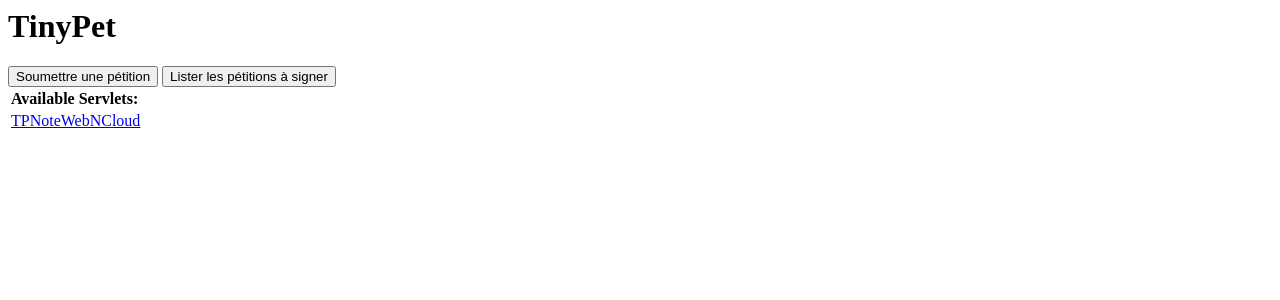
Repository: orichalque/M1
Page: TPNote/TPNoteWebNCloud/war/index.html
An editor plug-in stored every save of this project. The page is shown before and after the next save, followed by the edit.
The browser window is 1280 px wide. The pictures show the whole page.
Some web libraries are served in a nearby version.

Above is the page before, as saved 2015-11-18 09:13:06.

### TPNote/TPNoteWebNCloud/war/index.html
<!DOCTYPE HTML PUBLIC "-//W3C//DTD HTML 4.01 Transitional//EN">
<html>
  <head>
    <meta http-equiv="content-type" content="text/html; charset=UTF-8">
    <title>TinyPet</title>
  </head>

  <body ng-app="tinypet">
    <h1>TinyPet</h1>
	<div ng-controller="tinyCtrl">
		<button ng-click="tinyCtrl.submit()">Soumettre une pétition</button>
		<button ng-click="tinyCtrl.list()">Lister les pétitions à signer</button>

		<form name="submitPetForm" ng-show="tinypet.submitPet == true" ng-submit = "tinypet.submitPetition()">
			<input ng-model="tinyPet.petTitle" type="text" placeholder="Entrez ici le nom de votre pétition!" id="petTitle">
			<input ng-model="tinyPet.petText" type="text" placeholder="Entrez ici la description de votre pétition!" id="petText">
		</form>

		<div ng-show="tinypet.listPet == true">
			<p>Listing des petitions</p>
		</div>

		<form name="submitPetForm" ng-show="ctrl.listPet == true">
			Hello list
		</form>
    <table>
      <tr>
        <td colspan="2" style="font-weight:bold;">Available Servlets:</td>
      </tr>
      <tr>
        <td><a href="tpnotewebncloud">TPNoteWebNCloud</a></td>
      </tr>
    </table>
    </div>
    <script type="text/javascript" src="https://cdnjs.cloudflare.com/ajax/libs/angular.js/1.5.0-beta.1/angular.min.js"></script>
    <script src="http://ajax.googleapis.com/ajax/libs/jquery/1.10.2/jquery.min.js"></script>
    <script src="script.js"></script>
  </body>
</html>

### TPNote/TPNoteWebNCloud/war/script.js
(function() {
	var app = angular.module('tinypet', []);
	app.controller("tinyCtrl", function($scope, $http) {
		var ctrl = this;
		ctrl.submitPet=false;
		ctrl.listPet=false;
		ctrl.petText = "";
		ctrl.petTitle = "";

		var submitPetition = function() {

		}

		var submit = function() {
			ctrl.submitPet = true;
			ctrl.listPet = false;
		}

		var list = function() {
			ctrl.submitPet = false;
			ctrl.listPet = true;
		}
	})
})();

After the next save:
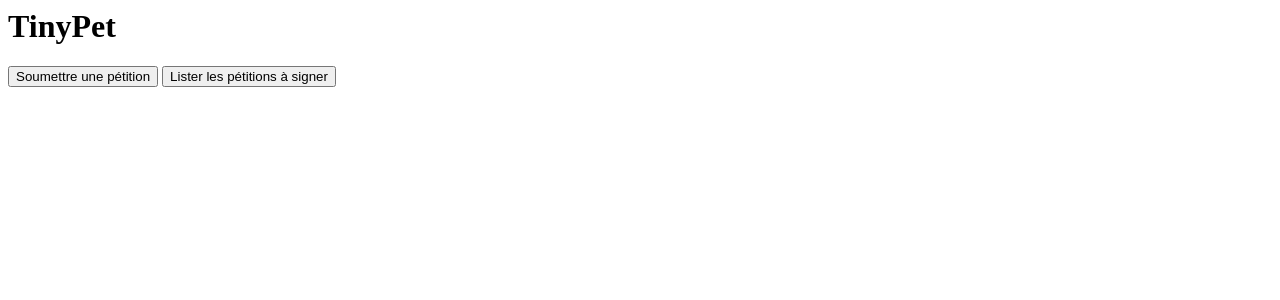
Saved 10 s later.
--- a/TPNote/TPNoteWebNCloud/war/index.html
+++ b/TPNote/TPNoteWebNCloud/war/index.html
@@ -19,18 +19,9 @@
 		<div ng-show="tinypet.listPet == true">
 			<p>Listing des petitions</p>
 		</div>
-
 		<form name="submitPetForm" ng-show="ctrl.listPet == true">
 			Hello list
 		</form>
-    <table>
-      <tr>
-        <td colspan="2" style="font-weight:bold;">Available Servlets:</td>
-      </tr>
-      <tr>
-        <td><a href="tpnotewebncloud">TPNoteWebNCloud</a></td>
-      </tr>
-    </table>
     </div>
     <script type="text/javascript" src="https://cdnjs.cloudflare.com/ajax/libs/angular.js/1.5.0-beta.1/angular.min.js"></script>
     <script src="http://ajax.googleapis.com/ajax/libs/jquery/1.10.2/jquery.min.js"></script>
